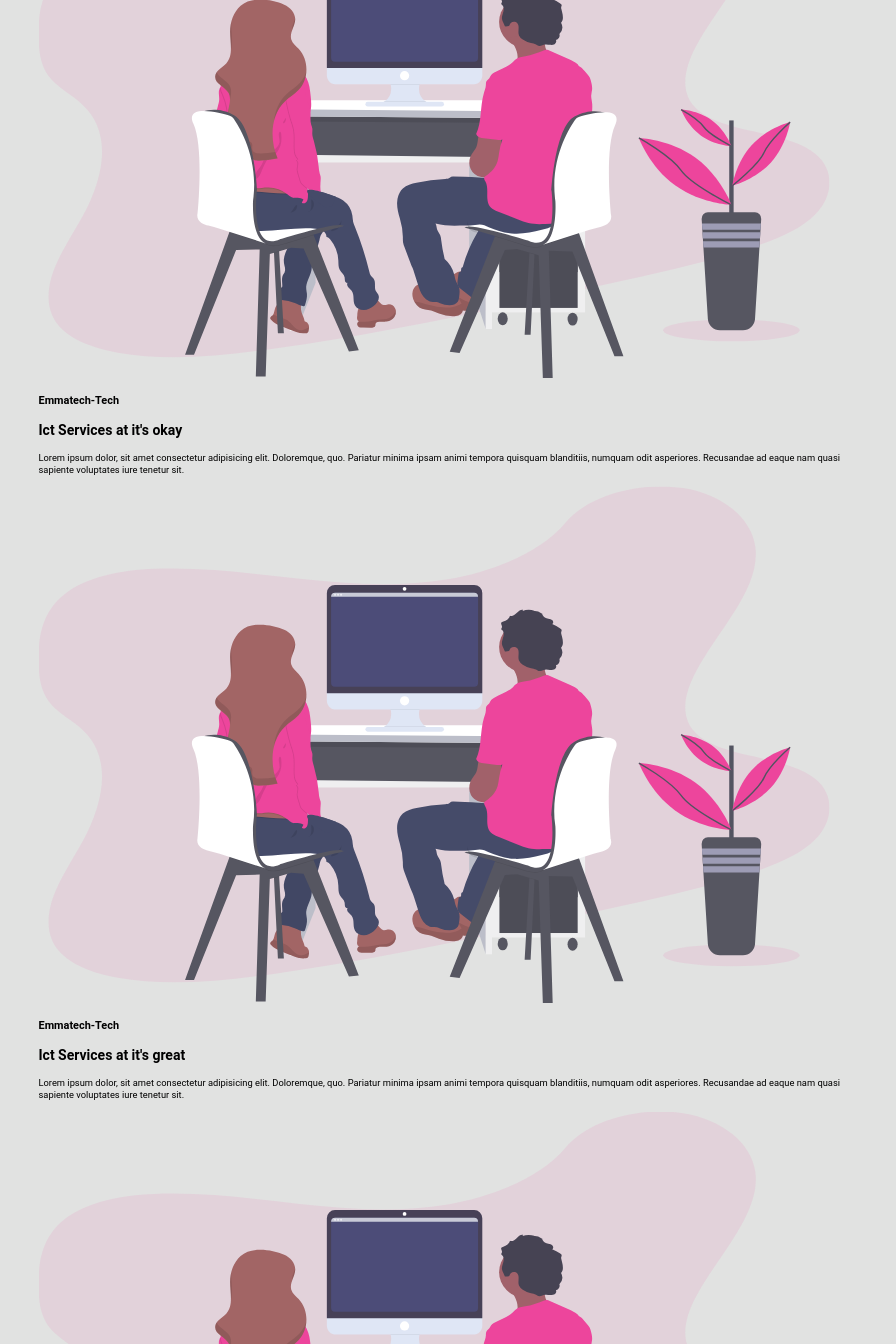
Repository: wisdomspine/emmatech-website
Page: index.html
An editor plug-in stored every save of this project. The page is shown before and after the next save, followed by the edit.
The browser window is 1280 px wide. The pictures show the part of the page from y = 447 to 2367 px (the page is 2779 px tall before and 720 px after), at 70% of full size.

Above is the page before, as saved 2020-10-05 11:23:19.

After the next save:
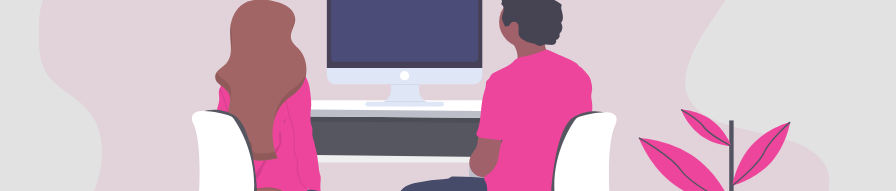
Saved 7 s later.
--- a/assets/styles/home-slide.css
+++ b/assets/styles/home-slide.css
@@ -1,5 +1,5 @@
 @import "./variables.css";
 .home-slide {
-  /* height: calc(100vh - var(--header-height)); */
+  height: calc(100vh - var(--header-height));
   overflow: hidden;
 }

After the 2 saves that followed:
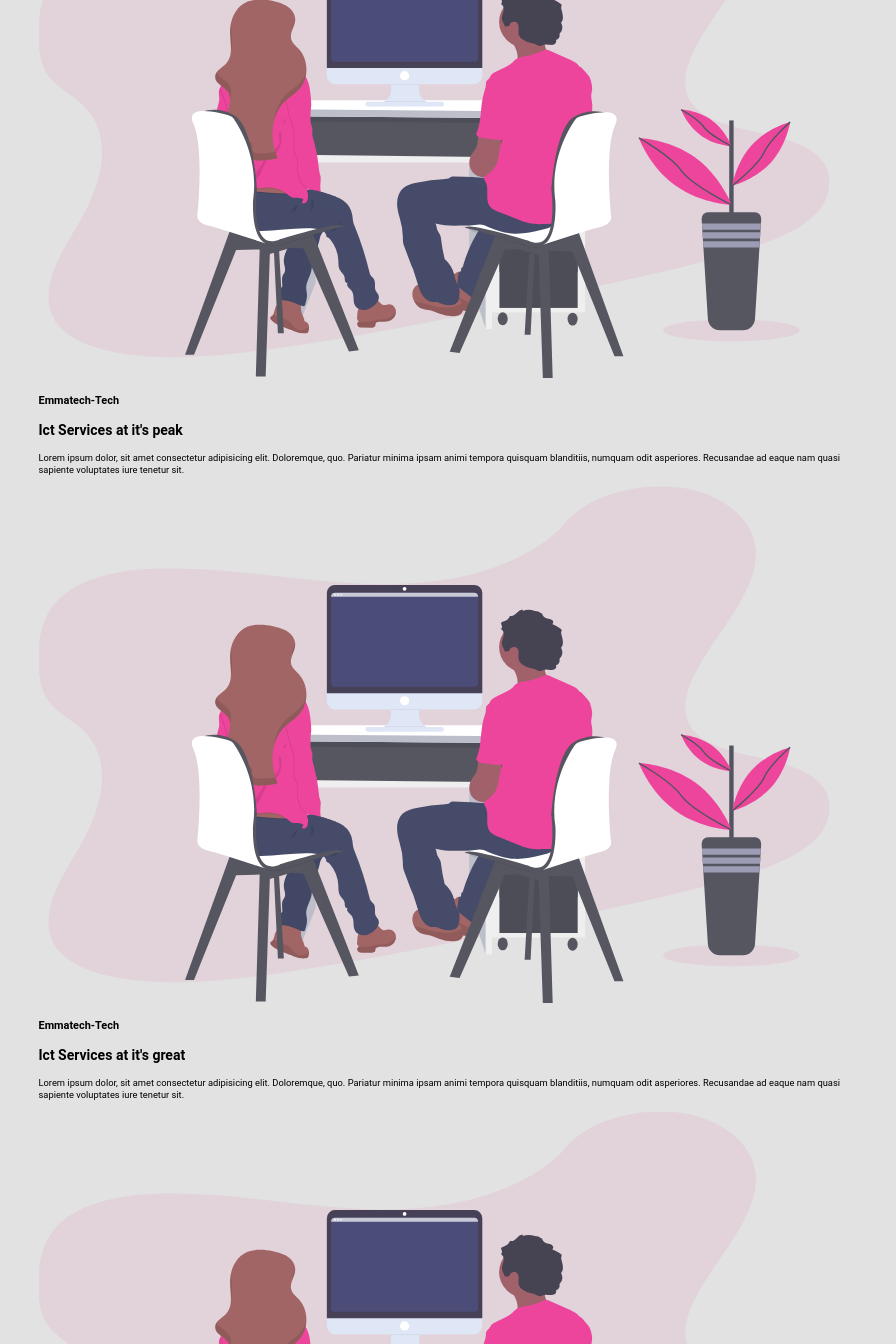
The 2 saves are shown as one change because 1 left the picture as it was.
The last was saved 104 s later.
--- a/index.html
+++ b/index.html
@@ -57,7 +57,7 @@
                 <article>
                     <header>
                         <h1>Emmatech-Tech</h1>
-                        <h2>Ict Services at it's okay</h2>
+                        <h2>Ict Services at it's peak</h2>
                     </header>
                     <p>
                         Lorem ipsum dolor, sit amet consectetur adipisicing elit. Doloremque, quo. Pariatur minima ipsam
--- a/assets/styles/home-slide.css
+++ b/assets/styles/home-slide.css
@@ -1,5 +1,6 @@
 @import "./variables.css";
+
 .home-slide {
-  height: calc(100vh - var(--header-height));
+  /* height: calc(100vh - var(--header-height)); */
   overflow: hidden;
 }
